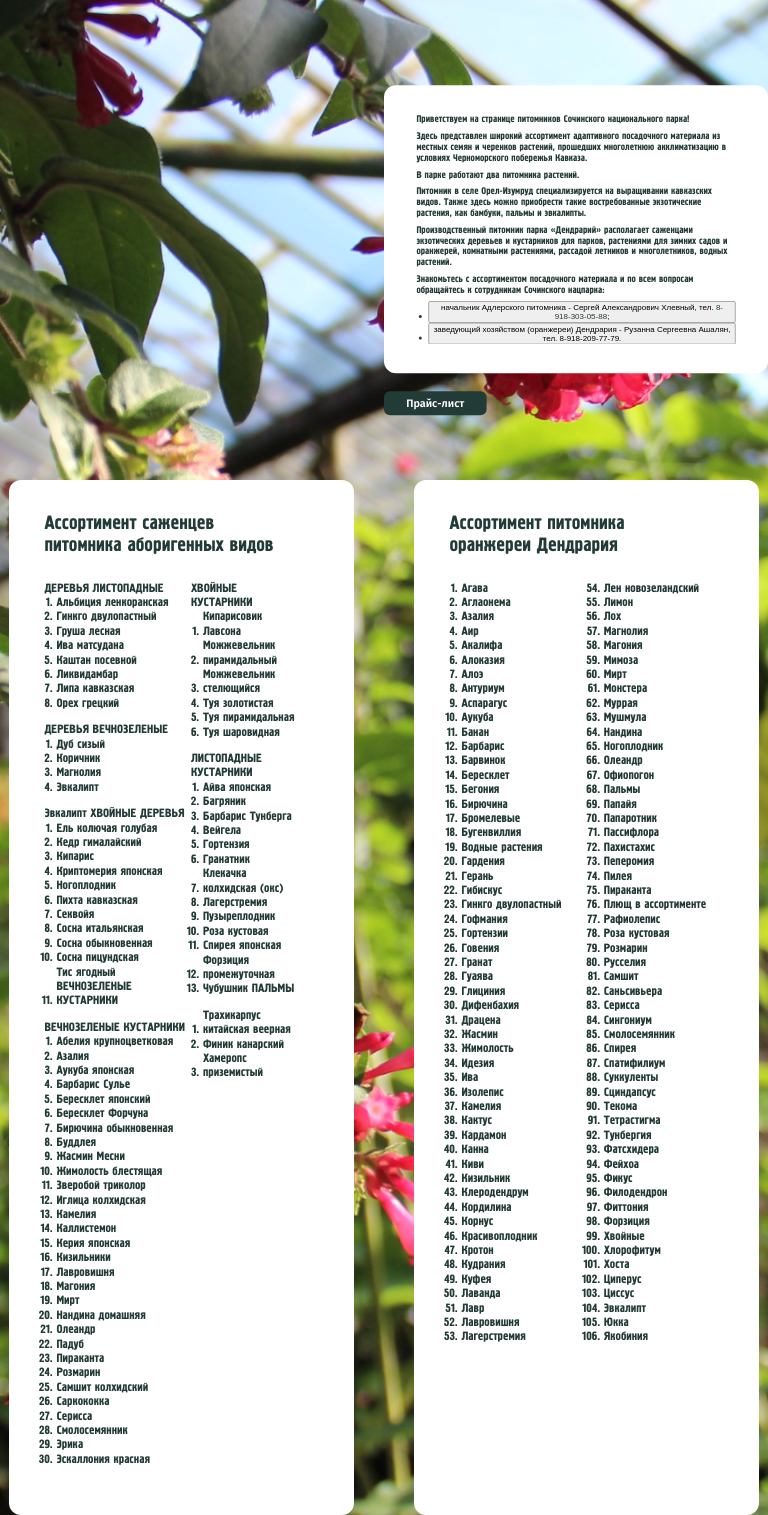
Repository: sem1103/np-sochi
Page: index.html
The author's editor kept a copy of each file at every save. The page is drawn from the files as they stood at one save, then again after the next save.
The browser window is 1280 px wide. The pictures show the whole page, at 60% of full size.

Above is the page before, as saved 2024-01-17 22:19:42.

### index.html
<!DOCTYPE html>
<html lang="en">

<head>
    <meta charset="UTF-8">
    <meta name="viewport" content="width=device-width, initial-scale=1.0">
    <title>Сочинский Национальный Парк</title>

    <link rel="stylesheet" href="styles/reset.css">
    <link rel="stylesheet" href="styles/main.css">
</head>

<body>
    <div id="page">
        <header></header>

        <main>
            <div class="top__text container">
                <div class="text__content">
                    <p>
                        Приветствуем на странице питомников Сочинского национального парка!
                    </p>
                    <p>
                        Здесь представлен широкий ассортимент адаптивного посадочного материала из местных семян и
                        черенков растений, прошедших многолетнюю акклиматизацию в условиях Черноморского побережья
                        Кавказа.
                    </p>
                    <p>
                        В парке работают два питомника растений.
                    </p>
                    <p>
                        Питомник в селе Орел-Изумруд специализируется на выращивании кавказских видов. Также здесь можно
                        приобрести такие востребованные экзотические растения, как бамбуки, пальмы и эвкалипты.
                    </p>
                    <p>
                        Производственный питомник парка «Дендрарий» располагает саженцами экзотических деревьев и
                        кустарников для парков, растениями для зимних садов и оранжерей, комнатными растениями, рассадой
                        летников и многолетников, водных растений.
                    </p>
                    <p>
                        Знакомьтесь с ассортиментом посадочного материала и по всем вопросам обращайтесь к сотрудникам
                        Сочинского нацпарка:
                    </p>
                    <ul>
                        <li><button>начальник Адлерского питомника - Сергей Александрович Хлевный, тел. <a
                                href="tel:+79183030588">8-918-303-05-88</a>;</button></li>
                        <li><button>заведующий хозяйством (оранжереи) Дендрария - Рузанна Сергеевна Ашалян, тел.
                            8-918-209-77-79.</button></li>
                    </ul>
                </div>
                <div class="price__list">
                    <button>Прайс-лист</button>

                </div>
            </div>

            <div class="items__block container">
                <div class="item">
                    <h3>
                        Ассортимент саженцев <br>
                        питомника аборигенных видов
                    </h3>
                    <div>
                        <div class="left__items">
                            <h5>
                                ДЕРЕВЬЯ ЛИСТОПАДНЫЕ
                            </h5>
                            <ol>
                                <li><button>Альбиция ленкоранская</button></li>
                                <li><button>Гинкго двулопастный</button></li>
                                <li><button>Груша лесная</button></li>
                                <li><button>Ива матсудана</button></li>
                                <li><button>Каштан посевной</button></li>
                                <li><button>Ликвидамбар</button></li>
                                <li><button>Липа кавказская</button></li>
                                <li><button>Орех грецкий</button></li>
                            </ol>

                            <h5>
                                ДЕРЕВЬЯ ВЕЧНОЗЕЛЕНЫЕ
                            </h5>
                            <ol>
                                <li><button>Дуб сизый</button></li>
                                <li><button>Коричник</button></li>
                                <li><button>Магнолия</button></li>
                                <li><button>Эвкалипт</button></li>
                            </ol>

                            <h5>Эвкалипт ХВОЙНЫЕ ДЕРЕВЬЯ</h5>
                            <ol>
                                <li><button>Ель колючая голубая</button></li>
                                <li><button>Кедр гималайский</button></li>
                                <li><button>Кипарис </button></li>
                                <li><button>Криптомерия японская</button></li>
                                <li><button>Ногоплодник </button></li>
                                <li><button>Пихта кавказская</button></li>
                                <li><button>Секвойя </button></li>
                                <li><button>Сосна итальянская</button></li>
                                <li><button>Сосна обыкновенная</button></li>
                                <li><button>Сосна пицундская</button></li>
                                <li><button>Тис ягодный ВЕЧНОЗЕЛЕНЫЕ КУСТАРНИКИ</button></li>
                            </ol>

                            <h5>ВЕЧНОЗЕЛЕНЫЕ КУСТАРНИКИ</h5>
                            <ol>
                                <li><button>Абелия крупноцветковая</button></li>
                                <li><button>Азалия</button></li>
                                <li><button>Аукуба японская</button></li>
                                <li><button>Барбарис Сулье</button></li>
                                <li><button>Бересклет японский</button></li>
                                <li><button>Бересклет Форчуна</button></li>
                                <li><button>Бирючина обыкновенная</button></li>
                                <li><button>Буддлея</button></li>
                                <li><button>Жасмин Месни</button></li>
                                <li><button>Жимолость блестящая</button></li>
                                <li><button>Зверобой триколор</button></li>
                                <li><button>Иглица колхидская</button></li>
                                <li><button>Камелия</button></li>
                                <li><button>Каллистемон</button></li>
                                <li><button>Керия японская</button></li>
                                <li><button>Кизильники</button></li>
                                <li><button>Лавровишня</button></li>
                                <li><button>Магония</button></li>
                                <li><button>Мирт</button></li>
                                <li><button>Нандина домашняя</button></li>
                                <li><button>Олеандр</button></li>
                                <li><button>Падуб</button></li>
                                <li><button>Пираканта</button></li>
                                <li><button>Розмарин</button></li>
                                <li><button>Самшит колхидский</button></li>
                                <li><button>Саркококка</button></li>
                                <li><button>Серисса</button></li>
                                <li><button>Смолосемянник</button></li>
                                <li><button>Эрика</button></li>
                                <li><button>Эскаллония красная</button></li>
                            </ol>
                        </div>

                        <div class="right__items">
                            <h5>ХВОЙНЫЕ КУСТАРНИКИ</h5>
                            <ol>
                                <li><button>Кипарисовик Лавсона</button></li>
                                <li><button>Можжевельник пирамидальный</button></li>
                                <li><button>Можжевельник стелющийся</button></li>
                                <li><button>Туя золотистая</button></li>
                                <li><button>Туя пирамидальная</button></li>
                                <li><button>Туя шаровидная</button></li>
                            </ol>

                            <h5>ЛИСТОПАДНЫЕ КУСТАРНИКИ</h5>
                            <ol>
                                <li><button>Айва японская</button></li>
                                <li><button>Багряник</button></li>
                                <li><button>Барбарис Тунберга</button></li>
                                <li><button>Вейгела</button></li>
                                <li><button>Гортензия</button></li>
                                <li><button>Гранатник</button></li>
                                <li><button>Клекачка колхидская (окс)</button></li>
                                <li><button>Лагерстремия</button></li>
                                <li><button>Пузыреплодник</button></li>
                                <li><button>Роза кустовая</button></li>
                                <li><button>Спирея японская</button></li>
                                <li><button>Форзиция промежуточная</button></li>
                                <li><button>Чубушник ПАЛЬМЫ</button></li>
                            </ol>
                            <ol>
                                <li><button>Трахикарпус китайская веерная</button></li>
                                <li><button>Финик канарский</button></li>
                                <li><button>Хамеропс приземистый</button></li>
                            </ol>
                        </div>
                    </div>
                </div>

                <div class="item">
                    <h3>Ассортимент питомника  <br>
                        оранжереи Дендрария</h3>
                    <div>
                        <div class="left__items">
                            <ol>
                                <li><button>Агава</button></li>
                                <li><button>Аглаонема</button></li>
                                <li><button>Азалия</button></li>
                                <li><button>Аир</button></li>
                                <li><button>Акалифа</button></li>
                                <li><button>Алоказия</button></li>
                                <li><button>Алоэ</button></li>
                                <li><button>Антуриум</button></li>
                                <li><button>Аспарагус</button></li>
                                <li><button>Аукуба</button></li>
                                <li><button>Банан</button></li>
                                <li><button>Барбарис</button></li>
                                <li><button>Барвинок</button></li>
                                <li><button>Бересклет</button></li>
                                <li><button>Бегония</button></li>
                                <li><button>Бирючина</button></li>
                                <li><button>Бромелевые</button></li>
                                <li><button>Бугенвиллия</button></li>
                                <li><button>Водные растения</button></li>
                                <li><button>Гардения</button></li>
                                <li><button>Герань</button></li>
                                <li><button>Гибискус</button></li>
                                <li><button>Гинкго двулопастный</button></li>
                                <li><button>Гофмания</button></li>
                                <li><button>Гортензии</button></li>
                                <li><button>Говения</button></li>
                                <li><button>Гранат</button></li>
                                <li><button>Гуаява</button></li>
                                <li><button>Глициния</button></li>
                                <li><button>Дифенбахия</button></li>
                                <li><button>Драцена</button></li>
                                <li><button>Жасмин</button></li>
                                <li><button>Жимолость</button></li>
                                <li><button>Идезия</button></li>
                                <li><button>Ива</button></li>
                                <li><button>Изолепис</button></li>
                                <li><button>Камелия</button></li>
                                <li><button>Кактус</button></li>
                                <li><button>Кардамон</button></li>
                                <li><button>Канна</button></li>
                                <li><button>Киви</button></li>
                                <li><button>Кизильник</button></li>
                                <li><button>Клеродендрум</button></li>
                                <li><button>Кордилина</button></li>
                                <li><button>Корнус</button></li>
                                <li><button>Красивоплодник</button></li>
                                <li><button>Кротон</button></li>
                                <li><button>Кудрания</button></li>
                                <li><button>Куфея</button></li>
                                <li><button>Лаванда</button></li>
                                <li><button>Лавр</button></li>
                                <li><button>Лавровишня</button></li>
                                <li><button>Лагерстремия</button></li>
                            </ol>
                        </div>

                        <div class="right__items">
                            <ol start="54">
                                <li><button>Лен новозеландский</button></li>
                                <li><button>Лимон</button></li>
                                <li><button>Лох</button></li>
                                <li><button>Магнолия</button></li>
                                <li><button>Магония</button></li>
                                <li><button>Мимоза</button></li>
                                <li><button>Мирт</button></li>
                                <li><button>Монстера</button></li>
                                <li><button>Муррая</button></li>
                                <li><button>Мушмула</button></li>
                                <li><button>Нандина</button></li>
                                <li><button>Ногоплодник</button></li>
                                <li><button>Олеандр</button></li>
                                <li><button>Офиопогон</button></li>
                                <li><button>Пальмы</button></li>
                                <li><button>Папайя</button></li>
                                <li><button>Папаротник</button></li>
                                <li><button>Пассифлора</button></li>
                                <li><button>Пахистахис</button></li>
                                <li><button>Пеперомия</button></li>
                                <li><button>Пилея</button></li>
                                <li><button>Пираканта</button></li>
                                <li><button>Плющ в ассортименте</button></li>
                                <li><button>Рафиолепис</button></li>
                                <li><button>Роза кустовая</button></li>
                                <li><button>Розмарин</button></li>
                                <li><button>Русселия</button></li>
                                <li><button>Самшит</button></li>
                                <li><button>Саньсивьера</button></li>
                                <li><button>Серисса</button></li>
                                <li><button>Сингониум</button></li>
                                <li><button>Смолосемянник</button></li>
                                <li><button>Спирея</button></li>
                                <li><button>Спатифилиум</button></li>
                                <li><button>Суккуленты</button></li>
                                <li><button>Сциндапсус</button></li>
                                <li><button>Текома</button></li>
                                <li><button>Тетрастигма</button></li>
                                <li><button>Тунбергия</button></li>
                                <li><button>Фатсхидера</button></li>
                                <li><button>Фейхоа</button></li>
                                <li><button>Фикус</button></li>
                                <li><button>Филодендрон</button></li>
                                <li><button>Фиттония</button></li>
                                <li><button>Форзиция</button></li>
                                <li><button>Хвойные</button></li>
                                <li><button>Хлорофитум</button></li>
                                <li><button>Хоста</button></li>
                                <li><button>Циперус</button></li>
                                <li><button>Циссус</button></li>
                                <li><button>Эвкалипт</button></li>
                                <li><button>Юкка</button></li>
                                <li><button>Якобиния</button></li>
                            </ol>
                        </div>
                    </div>

                </div>
            </div>
        </main>

        <footer></footer>
    </div>
</body>

</html>

### styles/reset.css

:root{
    --gray: #233B37;
}
html{
    scroll-behavior: smooth;
}
html,
body,
div,
span,
applet,
object,
iframe,
h1,
h2,
h3,
h4,
h5,
h6,
p,
blockquote,
pre,
a,
abbr,
acronym,
address,
big,
cite,
code,
del,
dfn,
em,
img,
ins,
kbd,
q,
s,
samp,
small,
strike,
strong,
sub,
sup,
tt,
var,
b,
u,
i,
center,
dl,
dt,
dd,
ol,
ul,
li,
fieldset,
form,
label,
legend,
table,
caption,
tbody,
tfoot,
thead,
tr,
th,
td,
article,
aside,
canvas,
details,
embed,
figure,
figcaption,
footer,
header,
hgroup,
menu,
nav,
output,
ruby,
section,
summary,
time,
mark,
audio,
video {
    margin: 0;
    padding: 0;
    border: 0;
    font-size: 100%;
    font: inherit;
    vertical-align: baseline
}

article,
aside,
details,
figcaption,
figure,
footer,
header,
hgroup,
menu,
nav,
section {
    display: block
}

body {
    line-height: 1;
    font-family: Hermes;
}

ol,
ul {
    list-style: none
}

blockquote,
q {
    quotes: none
}

blockquote:before,
blockquote:after,
q:before,
q:after {
    content: '';
    content: none
}

table {
    border-collapse: collapse;
    border-spacing: 0
}

a {
    text-decoration: none;
    color: var(--gray);
    transition: all .3s ease-in-out
}

a:hover {
    color: #365edc;
}

* {
    box-sizing: border-box
}




.active__menu{
    opacity: .7;
    color: var(--gray);
}
#page{
    min-height: 100vh;
}

.container{
    max-width: 1652px;
    margin: auto;
    padding: 0 15px;
}
main img{
    width: 100%;
    height: auto;
}

### styles/main.css
@import url('https://fonts.googleapis.com/css2?family=Fira+Sans:wght@600&display=swap');
@font-face {
    font-family: 'Hermes';
    src: url('font/hermes.ttf'),
    url(font/hermes.woff),
    url(font/hermes.woff2) ;

}


main{
    background: url(../img/main-bg.png) center/cover;
}
p, li{
    font: 16px 'Hermes';
    color: var(--gray);
}
p{
    margin: 0 0 10px 0;
}
.top__text{
    padding: 142px 0 108px 0;
}
.text__content{
    padding: 48px 54px;
    background-color: #fff;
    width: 50%;
    margin: 0 0 30px auto;
    border-radius: 20px;
}
li{
    list-style: disc;
    margin: 0 0 0 20px;
}
.price__list{
    width: 50%;
    margin: 0 0 0 auto;
}
.price__list button{
    padding: 9px 37px;
    font: 600 18px 'Fira Sans';
    margin: 0;
    background: var(--gray);
    color: #fff;
    border: 0;
    border-radius: 10px;
}

h3{
    color: var(--gray);
    font: 32px 'Hermes';
    margin: 0 0 40px 0;
}
h5{
    color: var(--gray);
    font: 20px Hermes;
}
.items__block{
    display: flex;
    flex-direction: row;
    justify-content: space-between;
}
.item{
    flex-basis: calc(50% - 50px);
    background: #fff;
    padding: 52px 88px 61px 59px;
    border-radius: 20px;

}
.item > div{
    display: flex;
    justify-content: space-between;
}
ol{
    margin: 0 0 20px 0;
}
ol li{
    list-style: decimal;
    font: 20px Hermes;
    color: var(--gray);
}
ol button{
    font: inherit;
    color: inherit;
    border: 0;
    padding: 0;
    background: transparent;
    text-align: left;
    cursor: pointer;
}

After the next save:
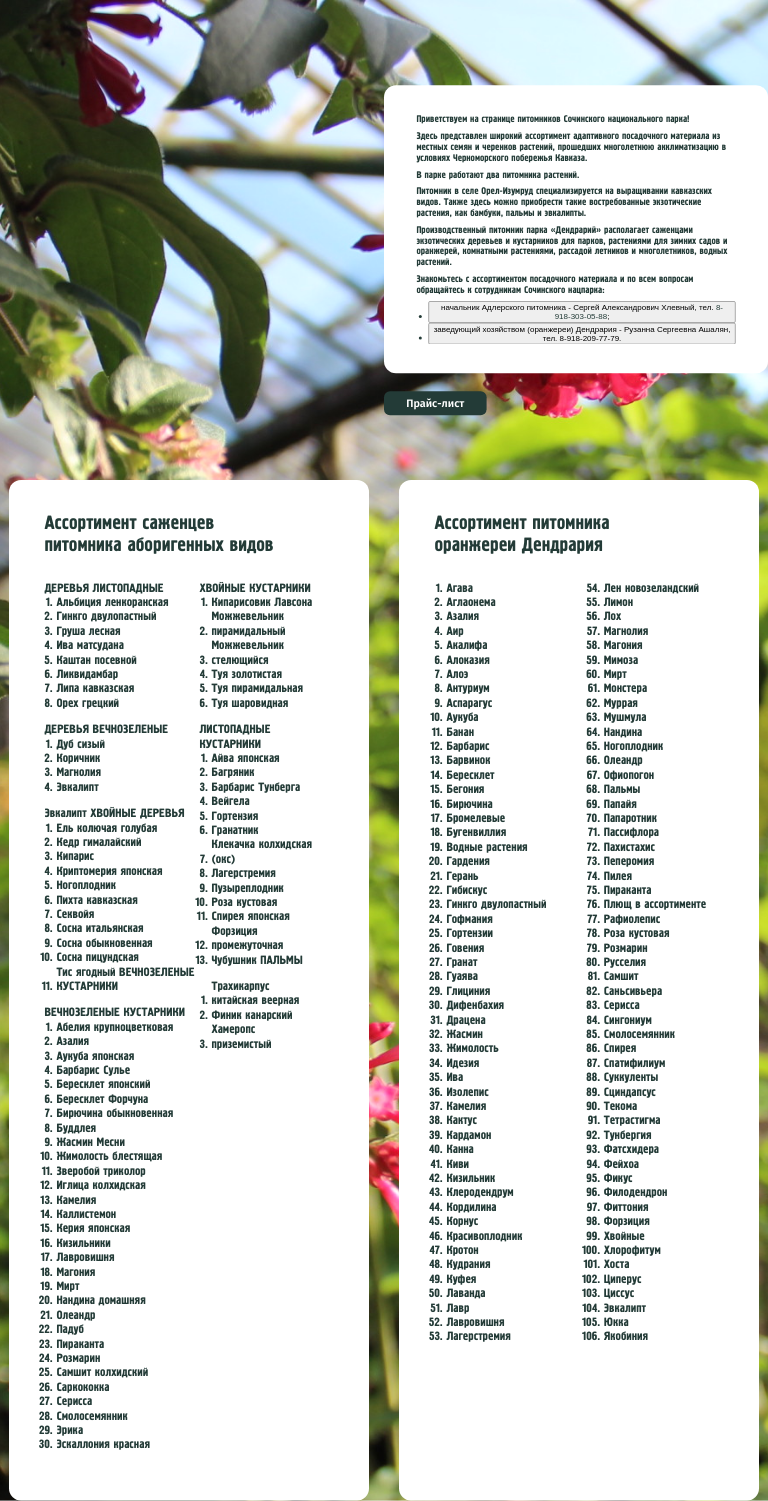
Saved 33 s later.
--- a/styles/main.css
+++ b/styles/main.css
@@ -61,7 +61,7 @@ h5{
     justify-content: space-between;
 }
 .item{
-    flex-basis: calc(50% - 50px);
+    flex-basis: calc(50% - 25px);
     background: #fff;
     padding: 52px 88px 61px 59px;
     border-radius: 20px;
